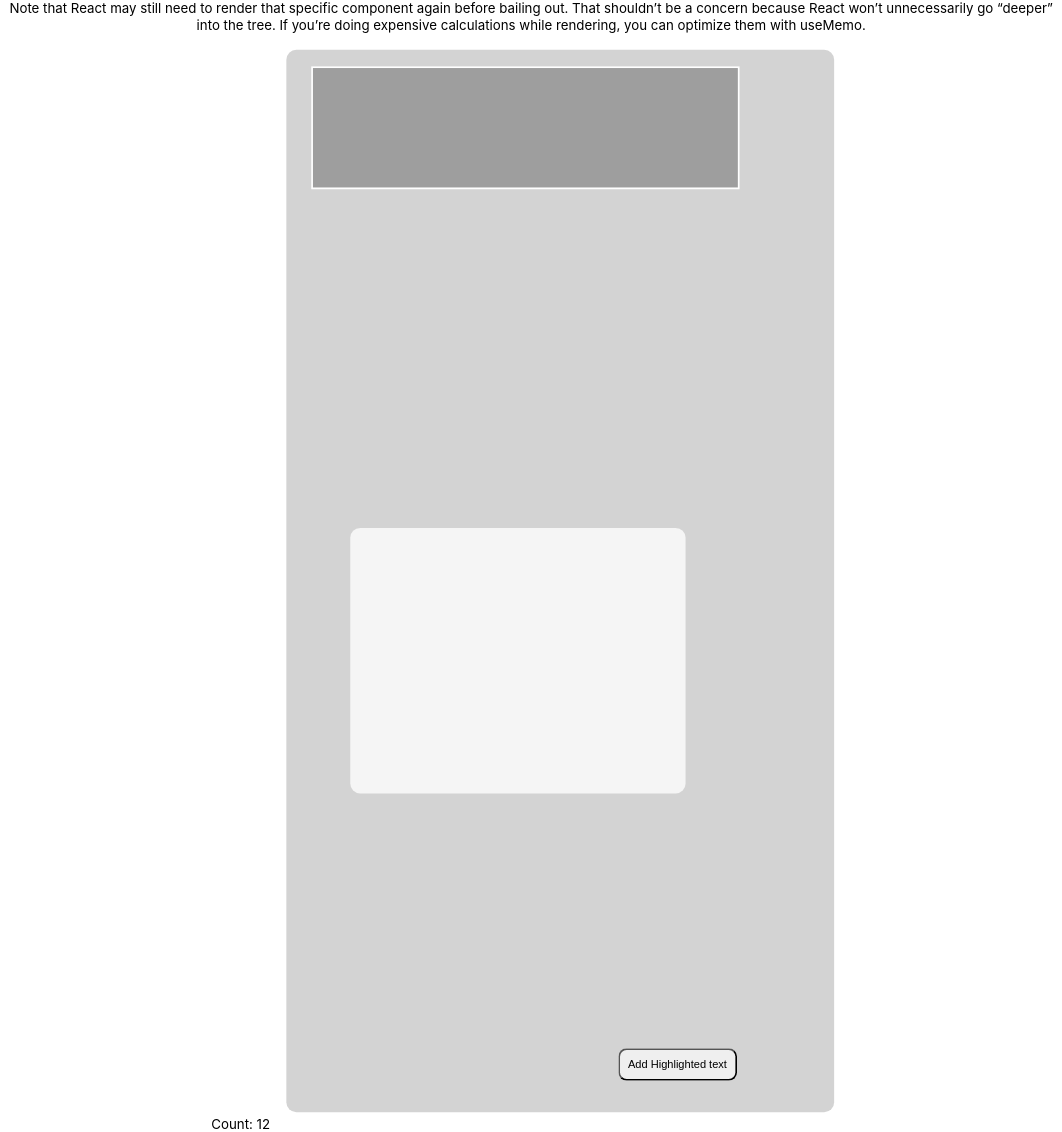
Repository: Farbod29/React-text-highlighter-with-hook-
Page: /
An editor plug-in stored every save of this project. The page is shown before and after a run of saves, followed by the edit.
The browser window is 1280 px wide. The pictures show the whole page, at 83% of full size.
Pictures or frames that could not be fetched are drawn as grey boxes. The project was rebuilt for these pictures with package versions that can differ from the ones it lists, and the page was loaded fresh each time.

Above is the page before, as saved 2022-02-18 22:57:56.

After the next 2 saves:
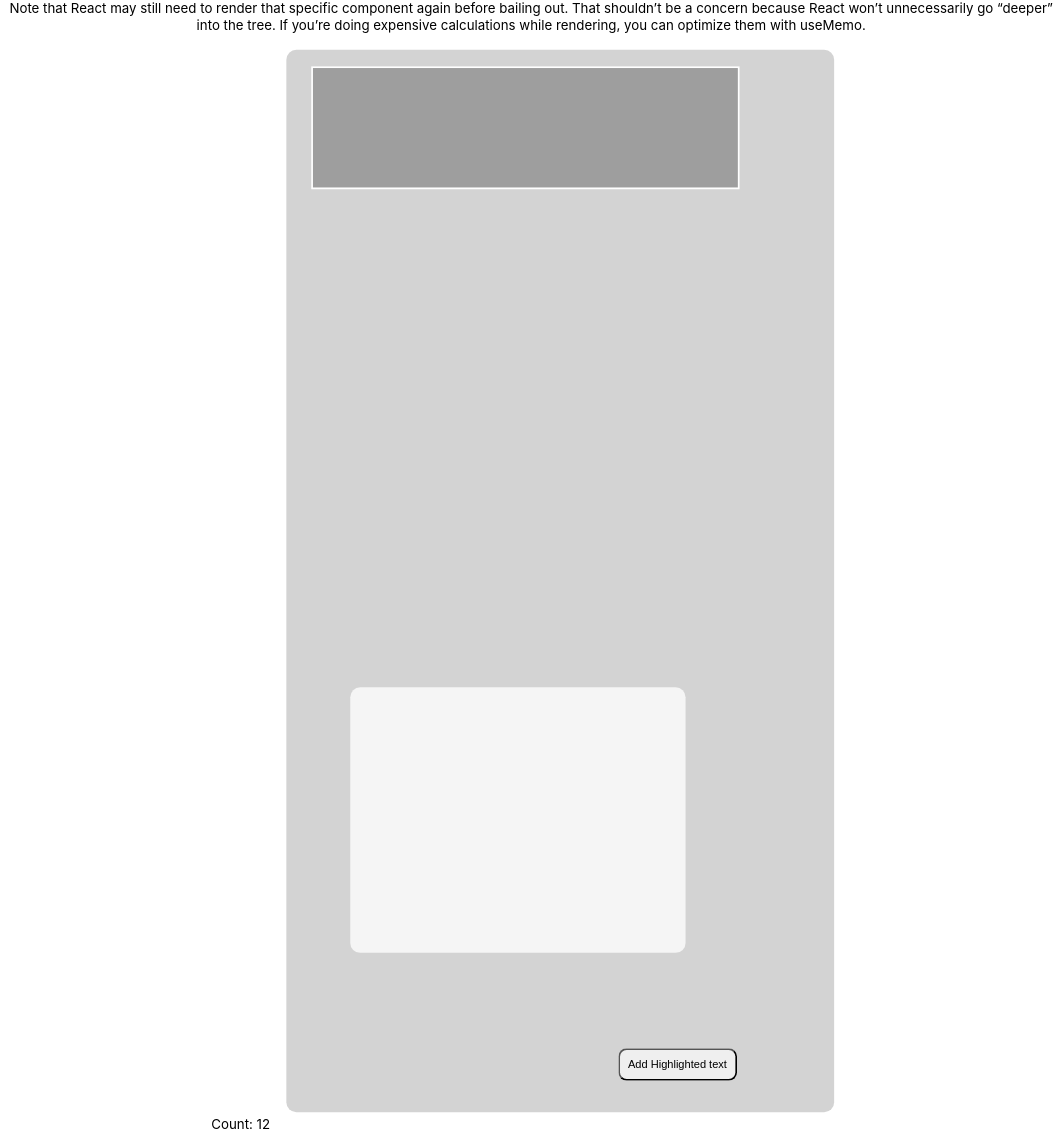
The 2 saves are shown as one change because they came seconds apart.
The last was saved 7 s later.
--- a/src/highlighter.js
+++ b/src/highlighter.js
@@ -53,7 +53,7 @@ export default function Highlighter() {
             height: '25vw',
             width: '30vw',
             left: '6vw',
-            top: '45vw',
+            top: '60vw',
             borderRadius: '12px',
             position: 'absolute',
           }}
